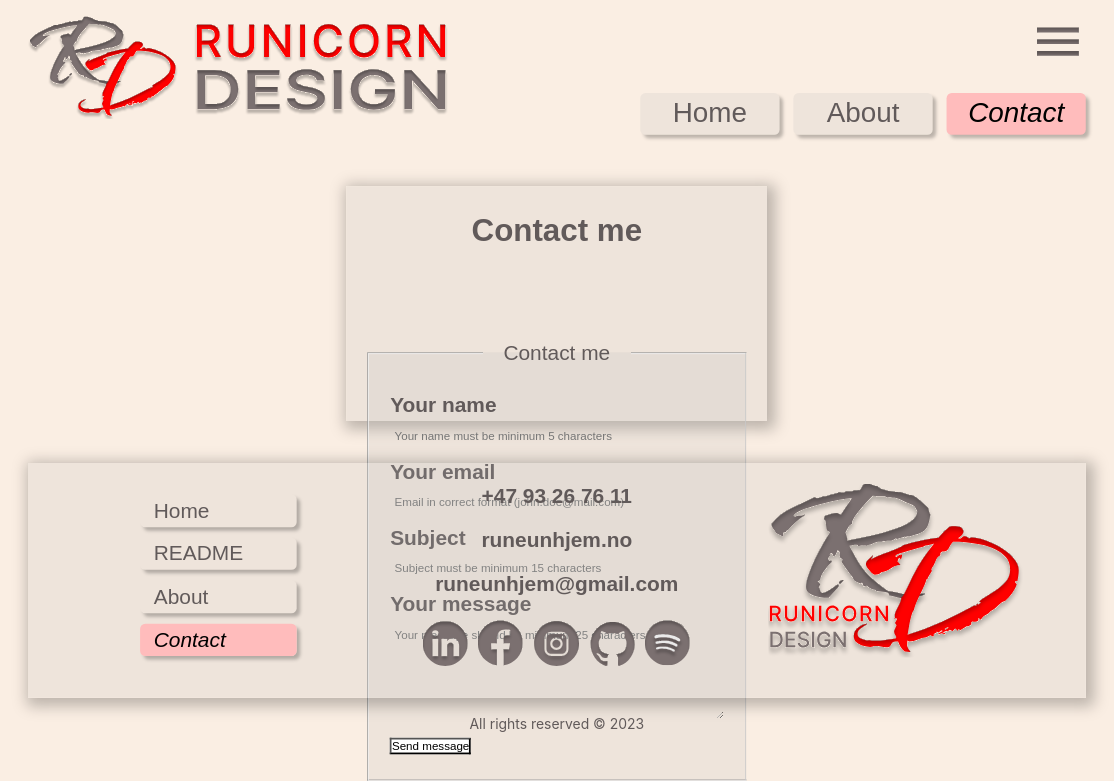
Repository: runeunhjem/portfolio1-ca
Page: contact.html
These files come from the project's save history. The page is drawn as it stood at one moment and after the next save; the edit follows.
The browser window is 1280 px wide. The pictures show the whole page, at 87% of full size.
Some web fonts or font styles are not loaded; a fallback is used. The style sheet was rebuilt from its Sass, Less or Tailwind sources for each picture, by a compiler version that may differ from the author's.

Above is the page before, as saved 2023-06-08 06:12:45.

After the next save:
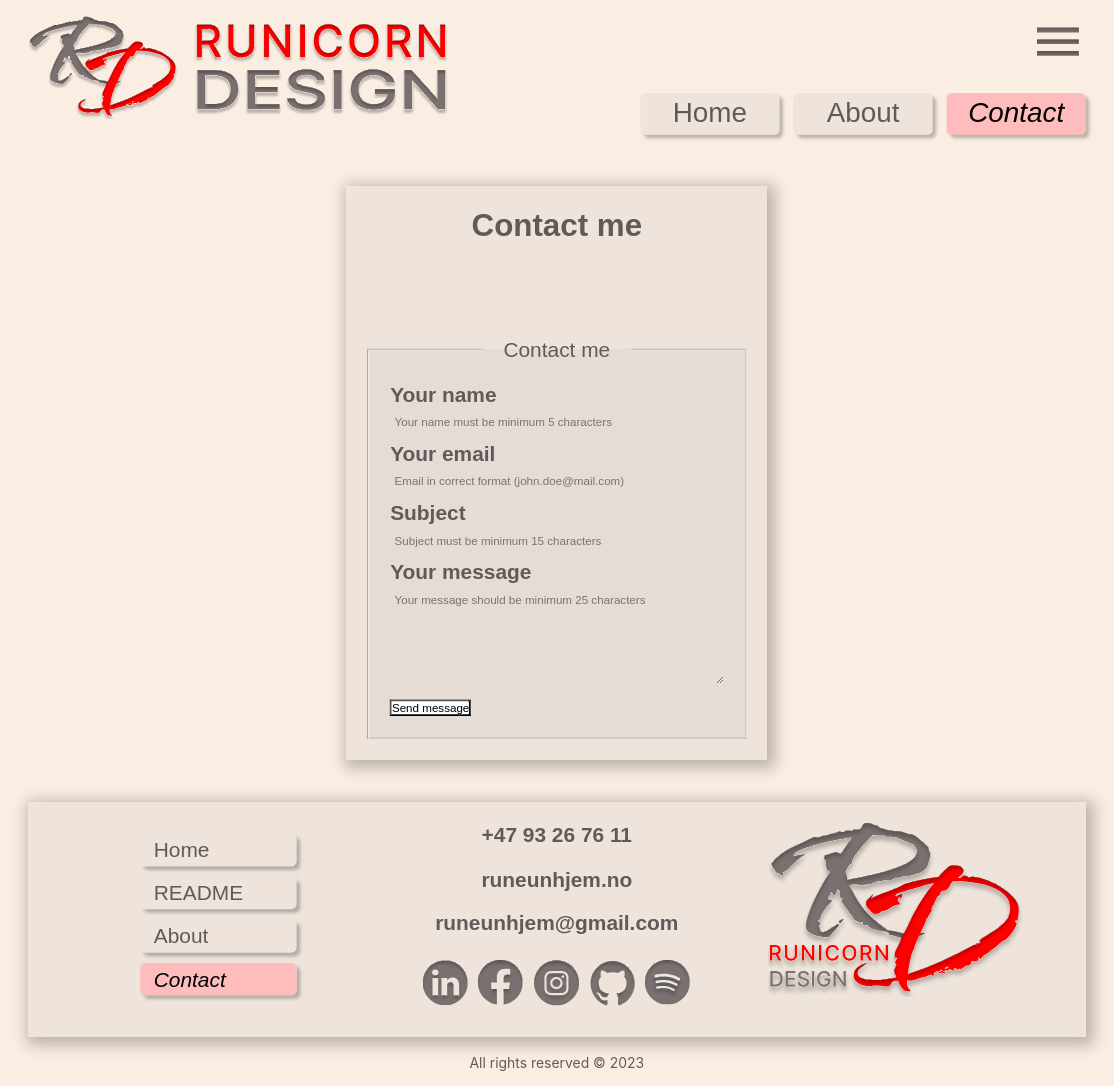
Saved 10 s later.
--- a/contact.html
+++ b/contact.html
@@ -33,7 +33,7 @@
     </div>
   </header>
   <main class="flex-column">
-    <section class="intro flex">
+    <section class="contact flex">
       <h1 class="flex header">Contact me</h1>
       <!-- [contact-form-7 id="158" title="Chef's Teable Contact Form"] -->
       <fieldset class="contact-fieldset flex-column">
